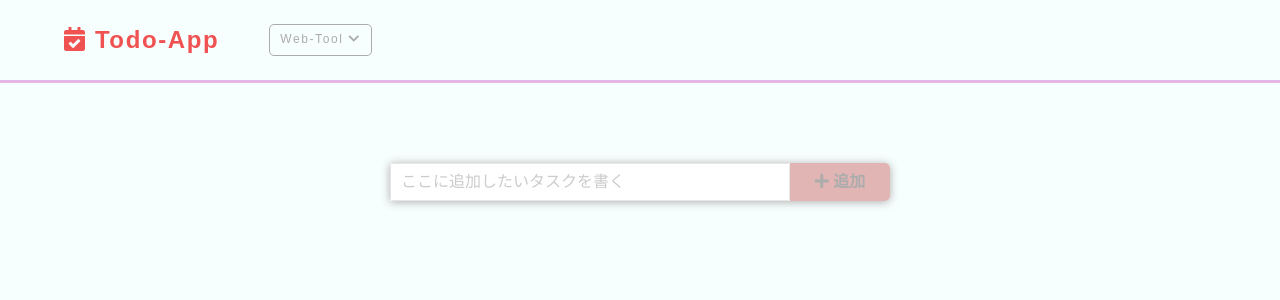
Repository: Hiroshii-m/todo_vue
Page: index.html
These files come from the project's save history. The page is drawn as it stood at one moment and after the next save; the edit follows.
The browser window is 1280 px wide. The pictures show the whole page.
The style sheet was rebuilt from its Sass, Less or Tailwind sources for each picture, by a compiler version that may differ from the author's.

Above is the page before, as saved 2021-06-26 18:33:02.

### index.html
<!DOCTYPE html>
<html lang="ja">
<head>
    <meta charset="UTF-8">
    <meta http-equiv="X-UA-Compatible" content="IE=edge">
    <meta name="viewport" content="width=device-width, initial-scale=1.0">
    <link rel="stylesheet" href="node_modules/@fortawesome/fontawesome-free/css/all.css">
    <link rel="stylesheet" href="dist/css/style.css">
    <title>TODO APP Vue</title>
</head>
<body class="u-bgColor-base">

    <!-- header -->
    <header id="l-header" class="u-border-bottom">
        <div class="c-header">
            <h2 class="c-header__home">
                <i class="fas fa-calendar-check"></i>
                <a class="c-header__text" href="">Todo-App</a>
            </h2>
            <h3 class="c-header__other">
                Web-Tool
                <i class="fas fa-chevron-down"></i>
            </h3>
        </div>
    </header><!-- /header -->

    <!-- main -->
    <section id="l-main">
        <div class="c-main">
            <div id="l-addTask">
                <div class="c-addTask">
                    <input type="text" class="c-addTask__input" placeholder="ここに追加したいタスクを書く">
                    <button class="c-addTask__add">
                        <i class="fas fa-plus"></i>
                        追加
                    </button>
                </div>
            </div>
            <div id="l-search"></div>
            <div id="l-list"></div>
        </div>
    </section>
    <!-- /main -->

</body>
</html>

### src/scss/style.scss

// ======================================
// foundation
// ======================================
@use 'foundation/reset';
@use 'foundation/variables';
@use 'foundation/base';
// ======================================
// layout
// ======================================
#l-header {
    width: 100%;
}
#l-main {
    padding: 80px;
}
// ======================================
// object
// ======================================
// Component
// **************************************
.c-header {
    width: 90%;
    height: 80px;
    margin: 0 auto;
    display: flex;
    align-items: center;
    &__home {
        margin-right: 50px;
        font-weight: bold;
        color: var(--color_red);
        font-size: var(--font-size_xl);
    }
    &__other {
        font-size: var(--font-size_s);
        padding: var(--space_s) var(--space_m);
        border: 1px solid var(--font-color_default);
        border-radius: 5px;
        cursor: pointer;
    }
}
.c-main {
    width: var(--site-width_xxl);
    margin: 0 auto;
}
.c-addTask {
    display: flex;
    max-width: 500px;
    margin: 0 auto;
    border-radius: 0 5px 5px 0;
    box-shadow: 0 1px 10px 0px;
    overflow: hidden;
    &__input {
        width: 80%;
        padding: 5px 10px;
        border: 1px solid var(--border-color_default);
        border-radius: 2px;
    }
    &__add {
        width: 20%;
        text-align: center;
        background: var(--color_pink);
        padding: var(--space_s) var(--space_m);
        font-weight: bold;
    }
}
// Project
// **************************************
// Utility
// **************************************
.u-border {
    &-bottom {
        border-bottom: 3px solid var(--color_accent);
    }
}
.u-bgColor {
    &-base {
        background: var(--color_base);
    }
}

### src/scss/foundation/_variables.scss
:root {
    --font-color_default: #acacac;
    --color_base: #F7FFFE;
    --color_accent: #E3B6E5;
    --color_green: #C3E8C7;
    --color_sky: #C8E4F4;
    --color_red: #F05252;
    --color_blue: #25A1EF;
    --color_pink: #e2b5b5;
    --border-color_default: #E6E6E6;


    --site-width_xxl: 780px;
    --site-width_xl: 680px;
    --site-width_md: 580px;
    --site-width_ms: 414px;

    --font-size_s: 12px;
    --font-size_m: 14px;
    --font-size_default: 16px;
    --font-size_l: 18px;
    --font-size_xl: 24px;
    --font-size_xxl: 28px;
    --font-size_3l: 38px;


    --space_s: 5px;
    --space_m: 10px;
    --space_l: 15px;
    --space_xl: 20px;
    --space_xxl: 30px;
    --space_3l: 40px;

    --font-family_default: "メイリオ", sans-serif;
}

### src/scss/foundation/_base.scss
html, body {
    width: 100%;
    color: var(--font-color_default);
    line-height: 1.6;
    font-family: var(--font-family_default);
    letter-spacing: 0.1em;
}

p, a {
    -webkit-font-smoothing: antialiased;
}

img {
    width: 100%;
    height: 100%;
    vertical-align: bottom;
    object-fit: cover;
}

input {
    display: block;
    width: 100%;
    background: #fff;
}

textarea {
    resize: vertical;
    height: 30px;
}

::placeholder {
    color: #ccc;
}

iframe {
    width: 100%;
}

i {
    cursor: pointer;
}

Loaded but not shown: node_modules/@fortawesome/fontawesome-free/css/all.css (library); src/scss/foundation/_reset.scss (common file)

After the next save:
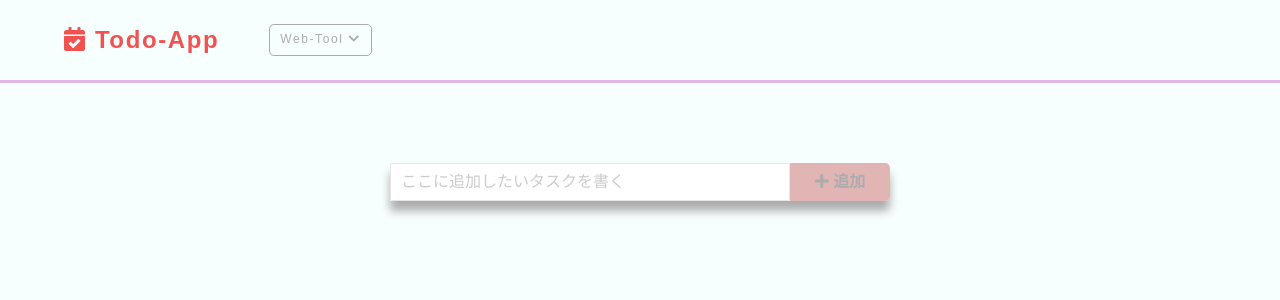
Saved 9 s later.
--- a/src/scss/style.scss
+++ b/src/scss/style.scss
@@ -48,7 +48,7 @@
     max-width: 500px;
     margin: 0 auto;
     border-radius: 0 5px 5px 0;
-    box-shadow: 0 1px 10px 0px;
+    box-shadow: 0 10px 10px 0px;
     overflow: hidden;
     &__input {
         width: 80%;
